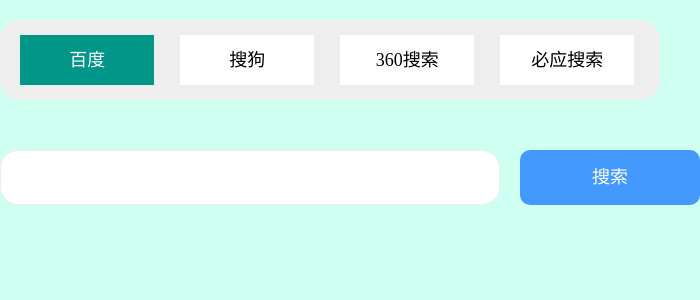
Repository: hellobz/duosousuoyinqing
Page: sousuo.html
These files come from the project's save history. The page is drawn as it stood at one moment and after the next save; the edit follows.
The browser window is 600 px wide. The page is 700 px wide, so the pictures cover 700 px, including what lies to the right of the window. The pictures show the whole page.
Some web libraries are served in a nearby version.

Above is the page before, as saved 2022-05-25 09:57:46.

After the next save:
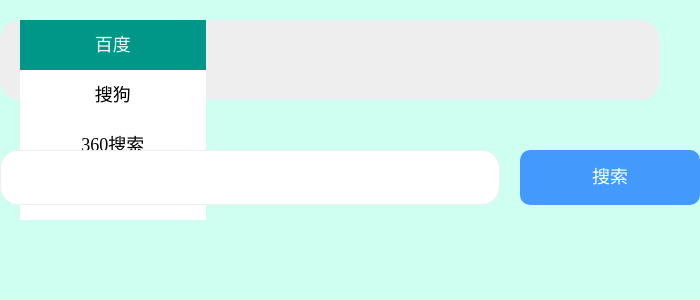
Saved 67 s later.
--- a/css/index.css
+++ b/css/index.css
@@ -73,3 +73,12 @@
     outline: none;
     border: none;
 }
+
+@media (max-width: 720px) {
+    #wrap {
+
+    }
+    #wrap ul.list {
+        display: block;
+    }
+}
